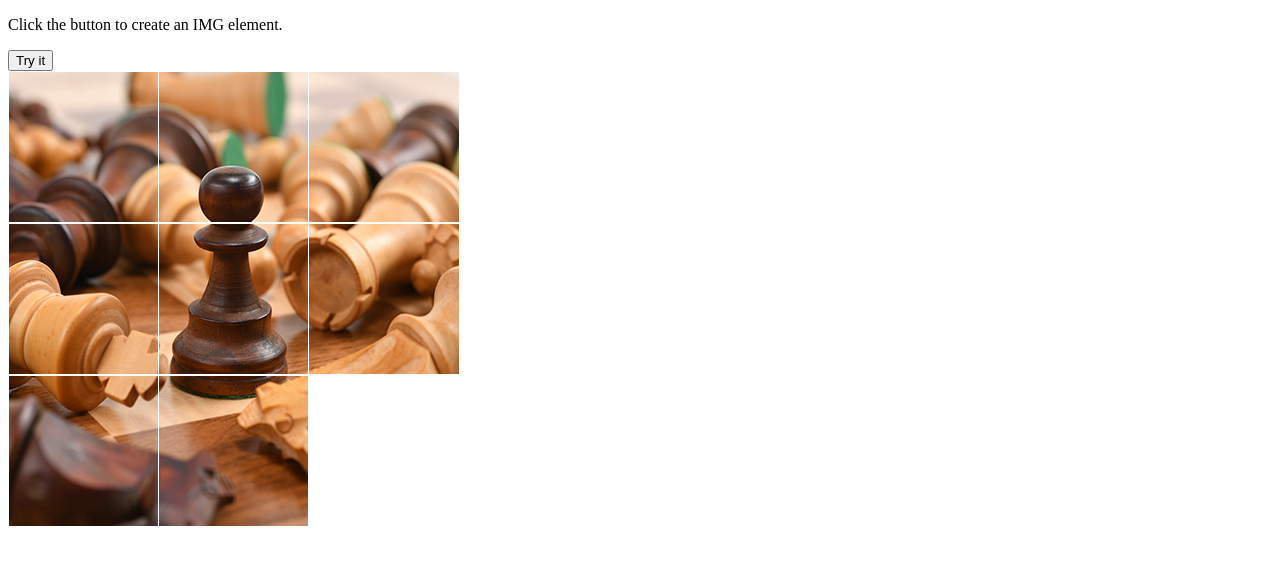
Repository: rashmikagamage/puzzle-vanila-js
Page: index.html
These files come from the project's save history. The page is drawn as it stood at one moment and after the next save; the edit follows.
The browser window is 1280 px wide. The pictures show the whole page.

Above is the page before, as saved 2020-08-06 11:22:47.

### index.html
<!DOCTYPE html>
<html>

<head>
    <link rel="stylesheet" type="text/css" href="./style.css">
</head>

<body>

    <p>Click the button to create an IMG element.</p>

    <button onclick="myFunction(5)">Try it</button>
    <div class="gridContainer" id="imgContainer"></div>
    <script src="./function.js">
    </script>

</body>

</html>

### style.css
.gridContainer {
    display: grid;
}

### function.js
let cells = [];
let cellsCopy = []
let dragElement;
let moves = 0;
let num2;

function myFunction(num) {
    num2 = num
    cellsCopy = [...cells];
    let cellSize = 450 / num + "px";
    let diff = 100 / num;
    let grid = "";
    let row = num;
    let col = num;
    let idCount = 0;

    for (let i = 0; i < num; i++) {
        grid = grid + cellSize + " ";
    }

    document.getElementById("imgContainer").style.gridTemplateColumns = grid;
    let yPosition = 0;
    for (let i = 0; i < row; i++) {

        let xPosition = 0;
        for (let j = 0; j < col; j++) {

            var x = document.createElement("div");
            x.style.width = cellSize;
            x.style.height = cellSize;
            x.style.border = "solid white 1px";
            x.setAttribute("id", "img" + idCount);
            if (idCount == (num * num) - 1) {

                x.style.backgroundColor = "white";
                //x.setAttribute("id", "img" + 0);

            } else {

                x.style.backgroundImage = "url('./chess.jpg')";
                //x.setAttribute("id", "img" + idCount);

            }
            cells.push({ 'x': xPosition, 'y': yPosition });
            x.style.backgroundPosition = xPosition + "% " + yPosition + "%";
            x.draggable = "true";
            x.addEventListener("dragstart", () => drag(event))
            x.addEventListener("dragover", () => allowDrop(event))
            x.addEventListener("drop", () => move(event))
            document.getElementById("imgContainer").appendChild(x);
            xPosition = xPosition + (100 / (num - 1));
            idCount++;
        }
        yPosition = yPosition + (100 / (num - 1));
    }
}

function build() {
    var flag = true;
    for (let i = 0; i < 9; i++) {
        cell = "i" + i;
        document.getElementById(cell).src = './puzzle-imgs/' + cells[i] + '.jpg';
    }

    //if array equals to starting array user wins
    for (let i = 0; i < cellsCopy.length; i++) {
        if (cells[i] != cellsCopy[i]) {
            flag = false;
            break;
        }
    }
    if (flag == true && moves > 0) {
        won();
    }
}


function allowDrop(ev) {
    ev.preventDefault();
}

function drag(ev) {
    ev.dataTransfer.setData("contain", ev.target.id);
    dragElement = parseInt(event.target.id.substring(3));
}

function move(ev) {
    let num = num2
    dropElement = parseInt(event.target.id.substring(3));
    console.log(dragElement)
    console.log(dropElement)
    let flag = false;
    //handling right moves

    if (dragElement % num < (num - 1) && cells[dropElement].x == 100 && cells[dropElement].y == 100) {

        if (cells[dragElement + 1].x == 100 && cells[dragElement + 1].y == 100) {

            document.getElementById("img" + dragElement).style.backgroundColor = "white"
            document.getElementById("img" + dropElement).style.backgroundPosition = cells[dragElement].x + "% " + cells[dragElement].y + "%";
            temp = cells[dragElement];
            cells[dragElement] = 0;
            cells[dropElement] = temp;
            flag = true;
            moves++;

            //;
        }
    }

    //handling down moves
    if (dragElement < ((num * num) - num) && cells[dropElement] == 0) {
        if (cells[dragElement + num] == 0) {
            temp = cells[dragElement];
            cells[dragElement] = 0;
            cells[dropElement] = temp;
            flag = true;
            moves++;
            build();
        }
    }

    //handling up moves
    if (dragElement < (num * num) && dragElement > num && cells[dropElement] == 0) {
        if (cells[dragElement - 3] == 0) {
            temp = cells[dragElement];
            cells[dragElement] = 0;
            cells[dropElement] = temp;
            flag = true;
            moves++;
            build();
        }
    }

    //handling left moves
    if (dragElement % num > 1 && cells[dropElement] == 0) {
        if (cells[dragElement - 1] == 0) {
            temp = cells[dragElement];
            cells[dragElement] = 0;
            cells[dropElement] = temp;
            moves++;
            flag = true;
            build();
        }
    }
    if (flag == false) {
        alert("Can not be Moved");
    }
}

function build() {
    var flag = true;
    for (let i = 0; i < 9; i++) {

    }

    //if array equals to starting array user wins
    for (let i = 0; i < cellsCopy.length; i++) {
        if (cells[i] != cellsCopy[i]) {
            flag = false;
            break;
        }
    }
    if (flag == true && moves > 0) {
        won();
    }
}
myFunction(3);

After the next save:
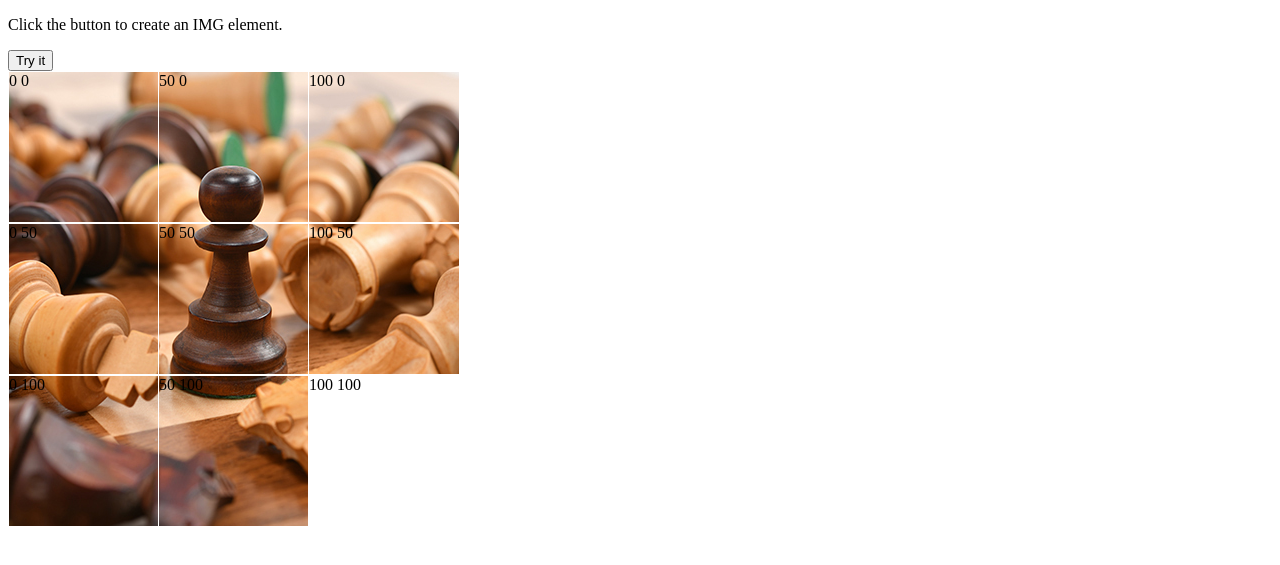
Saved 58 s later.
--- a/function.js
+++ b/function.js
@@ -43,6 +43,7 @@ function myFunction(num) {
             }
             cells.push({ 'x': xPosition, 'y': yPosition });
             x.style.backgroundPosition = xPosition + "% " + yPosition + "%";
+            x.innerText = xPosition + " " + yPosition
             x.draggable = "true";
             x.addEventListener("dragstart", () => drag(event))
             x.addEventListener("dragover", () => allowDrop(event))
